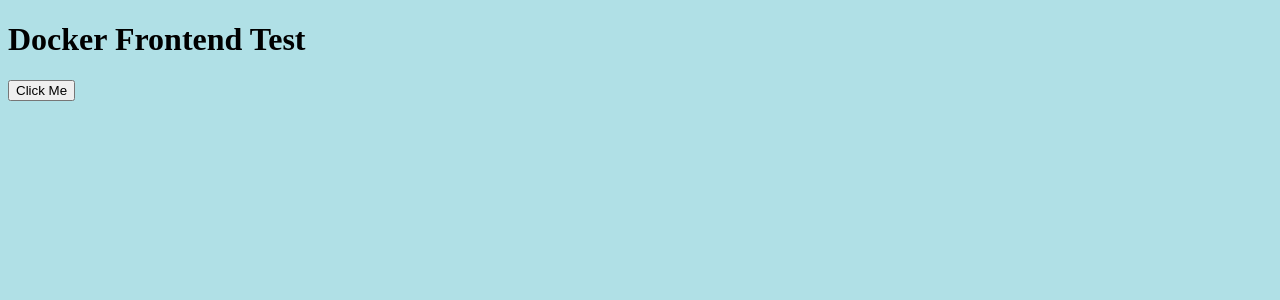
Repository: pimbp/doc_assign
Page: Frontend/index.html
These files come from the project's save history. The page is drawn as it stood at one moment and after a run of saves; the edit follows.
The browser window is 1280 px wide. The pictures show the whole page.

Above is the page before, as saved 2026-02-25 16:19:50.

### Frontend/index.html
<!DOCTYPE html>
<html>
<head>
    <link rel="stylesheet" href="style/fancy.css">
</head>
<body>
    <h1>Docker Frontend Test</h1>
    <button onclick="myFunction()">Click Me</button>
    <script src="functions/funct.js"></script>
</body>
</html>

### Frontend/style/fancy.css
body { background-color: powderblue; }

### Frontend/functions/funct.js
function myFunction() { alert('Connected!'); }

After the next 3 saves:
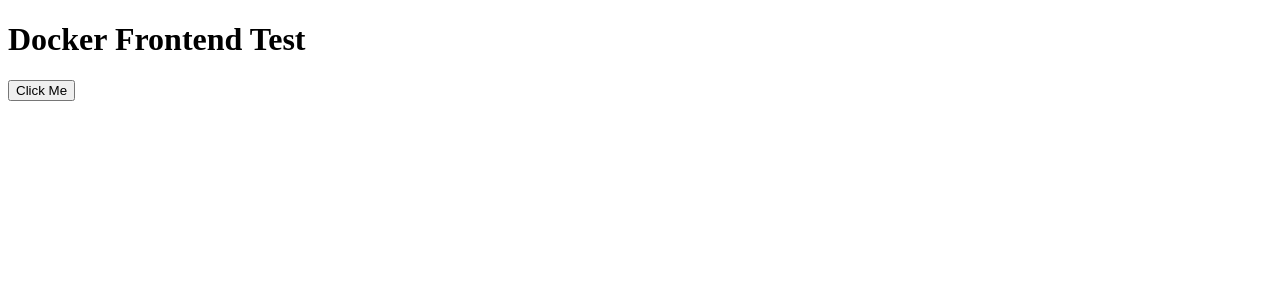
The 3 saves are shown as one change because they came seconds apart.
The last was saved 10 min 49 s later.
--- a/Frontend/style/fancy.css
+++ b/Frontend/style/fancy.css
@@ -1 +1 @@
-body { background-color: powderblue; }
+body { background-color: babyblue; }

After the save that followed:
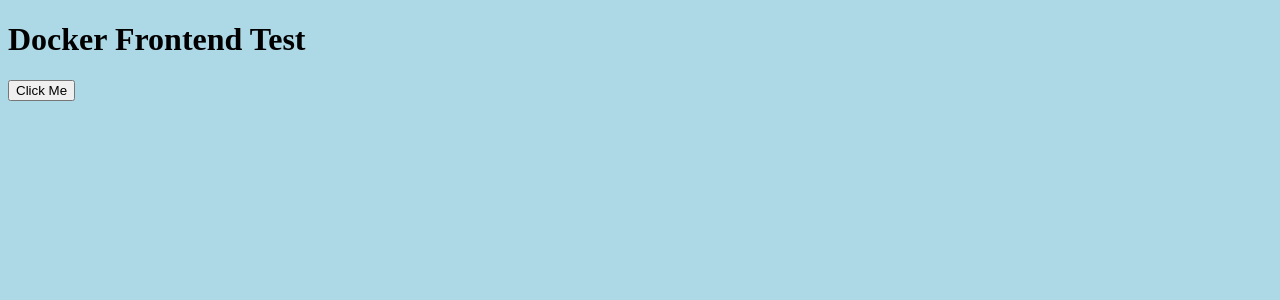
Saved 7 s later.
--- a/Frontend/style/fancy.css
+++ b/Frontend/style/fancy.css
@@ -1 +1 @@
-body { background-color: babyblue; }
+body { background-color: lightblue; }
